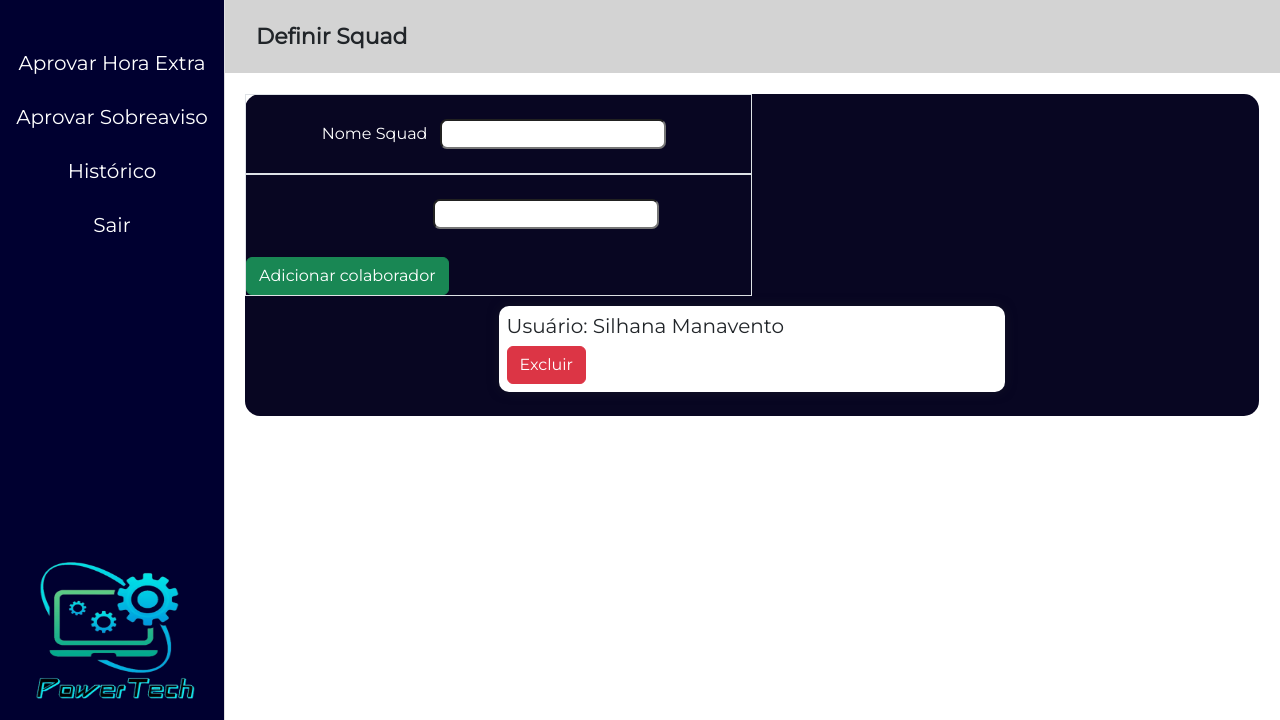
Repository: PowerTech-Fatec/API-2RP-NET
Page: /adm/squad (app in Sprint 3/2rp-web/)
An editor plug-in stored every save of this project. The page is shown before and after the next save, followed by the edit.
The browser window is 1280 px wide. The pictures show the whole page.
The project was rebuilt for these pictures with package versions that can differ from the ones it lists, and the page was loaded fresh each time. Also part of the build but not shown: Sprint 3/2rp-web/src/pages/login/login.js, Sprint 3/2rp-web/src/pages/home/dashboard.js, Sprint 3/2rp-web/src/pages/home/sobreaviso/sobreaviso.css, Sprint 3/2rp-web/src/pages/home/sobreaviso/sobreaviso.js, Sprint 3/2rp-web/src/pages/home/hora-extra/hora-extra.css, Sprint 3/2rp-web/src/pages/home/hora-extra/hora-extra.js, Sprint 3/2rp-web/src/components/cards/Cards.js, Sprint 3/2rp-web/src/pages/home/gestor/aprovar-hora-extra/gestor.js and 3 more.

Above is the page before, as saved 2022-11-02 16:27:44.

After the next save:
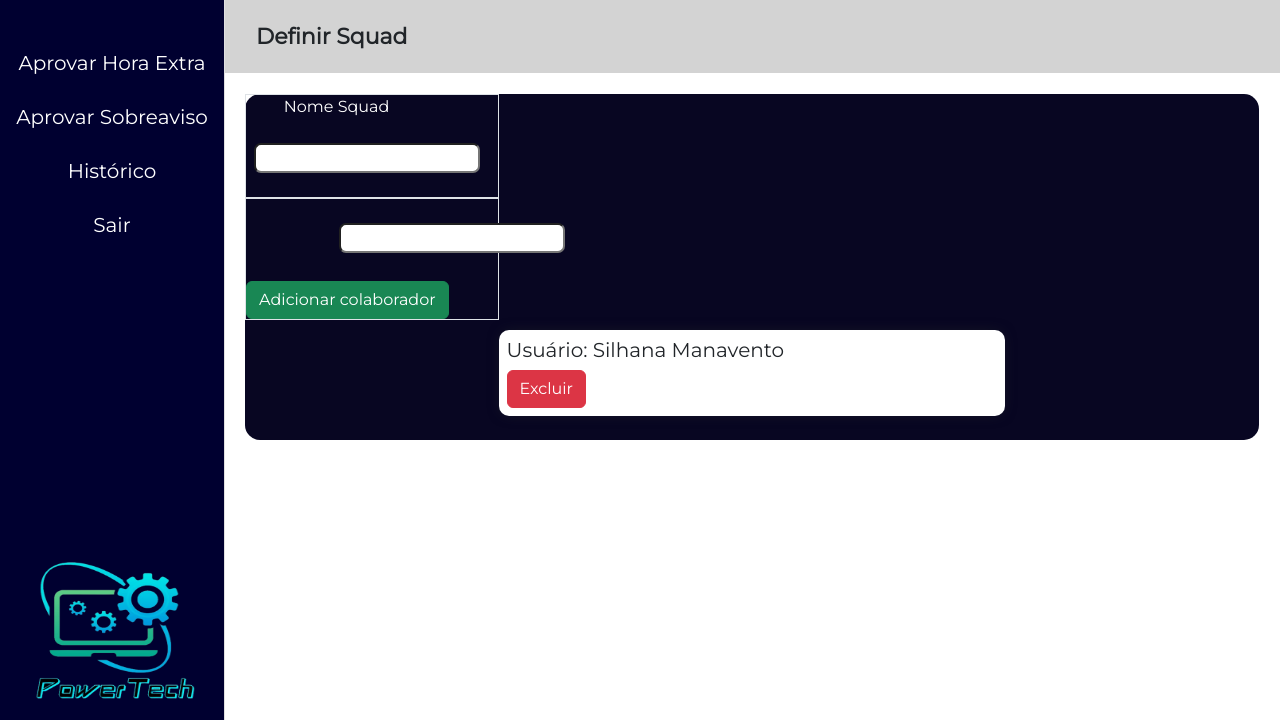
Saved 16 s later.
--- a/Sprint 3/2rp-web/src/pages/home/adm/squad/def-squad.js
+++ b/Sprint 3/2rp-web/src/pages/home/adm/squad/def-squad.js
@@ -15,14 +15,14 @@ function Squad() {
           <div className="background d-flex flex-column aling-itens-center">
 
             <div>
-            <div className="border col-6">
+            <div className="border col-3">
             <span className="soli">
             <label className="font">Nome Squad</label> <input className="squad-name mt-4 mb-4 ml-2"></input>
             </span>
             </div>
 
 
-            <div className="border col-6">
+            <div className="border col-3">
             <span className="filtroLabel">
             <input className="squad-name mt-4 mb-4"></input><button type="button" class="btn btn-success mt-1">Adicionar colaborador</button>
             </span>
